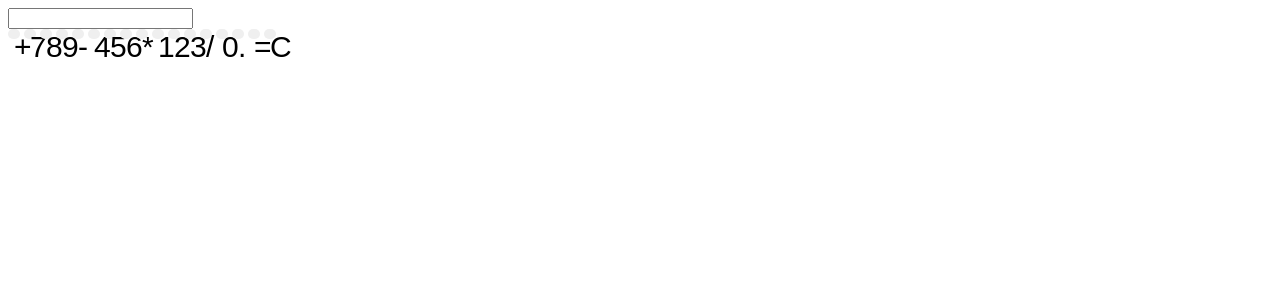
Repository: Haakim19/JavaScript
Page: Calculater/Main.html
The author's editor kept a copy of each file at every save. The page is drawn from the files as they stood at one save, then again after the next save.
The browser window is 1280 px wide. The pictures show the whole page.

Above is the page before, as saved 2024-10-22 21:39:09.

After the next save:
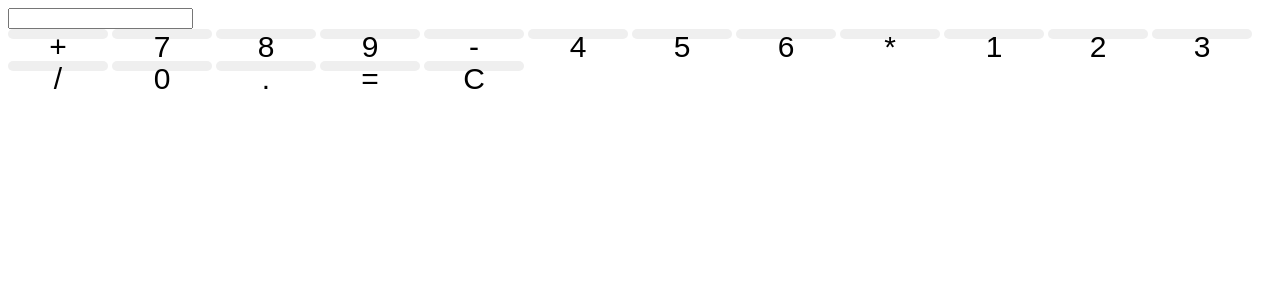
Saved 6 s later.
--- a/Calculater/Main.css
+++ b/Calculater/Main.css
@@ -1,5 +1,5 @@
 button{
-    width: 10px;
+    width: 100px;
     height: 10px;
     border-radius: 50px;
     border: none;
